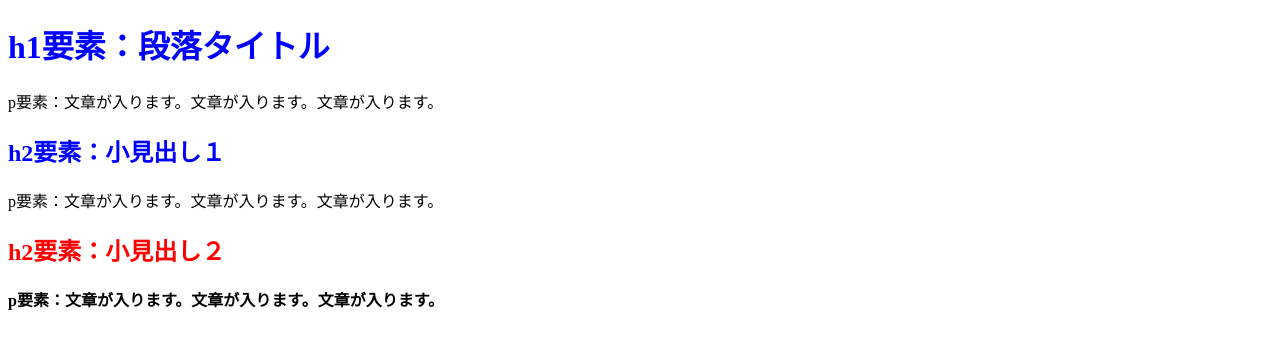
Repository: komikomi650/samurai_HTML-CSS
Page: samurai1/index.html
The author's editor kept a record of every edit. The page is drawn from the files as they stood at one moment, then again after the next edit.
The browser window is 1280 px wide. The pictures show the whole page.

Above is the page before.

### samurai1/index.html
<!DOCTYPE html>
<html lang="en">
<head>
    <meta charset="UTF-8">
    <title>HTML/CSSの学習</title>
    <style>
        .red {
            color: red;
        }
        .blue {
            color: blue;
        }
    </style>
</head>
<body>
    <h1 class="blue">h1要素：段落タイトル</h1>
    <p>p要素：文章が入ります。文章が入ります。文章が入ります。</p>
    <h2 class="blue">h2要素：小見出し１</h2>
    <p class="fs-25">p要素：文章が入ります。文章が入ります。文章が入ります。</p>
    <h2 class="red">h2要素：小見出し２</h2>
    <p style="font-weight: bold;">p要素：文章が入ります。文章が入ります。文章が入ります。</p>
</body>
</html>

After the next edit:
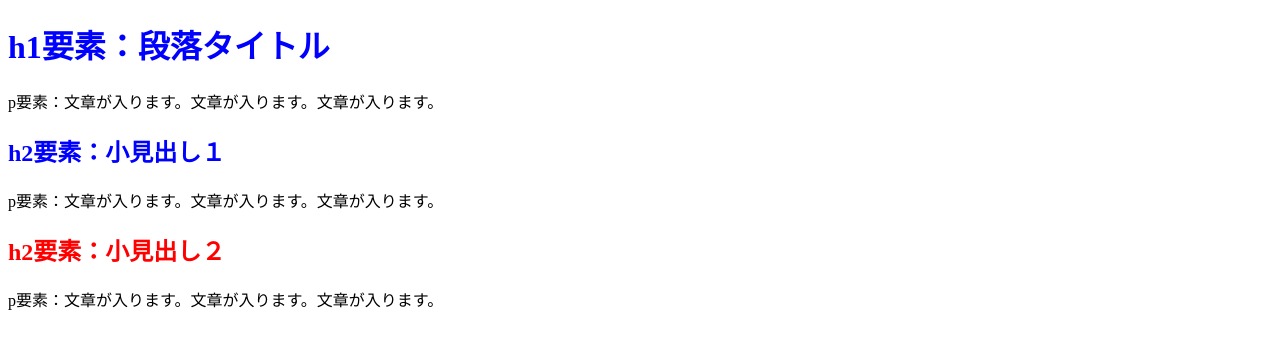
The edit:
--- a/samurai1/index.html
+++ b/samurai1/index.html
@@ -18,6 +18,6 @@
     <h2 class="blue">h2要素：小見出し１</h2>
     <p class="fs-25">p要素：文章が入ります。文章が入ります。文章が入ります。</p>
     <h2 class="red">h2要素：小見出し２</h2>
-    <p style="font-weight: bold;">p要素：文章が入ります。文章が入ります。文章が入ります。</p>
+    <p style="fw-bold;">p要素：文章が入ります。文章が入ります。文章が入ります。</p>
 </body>
 </html>
